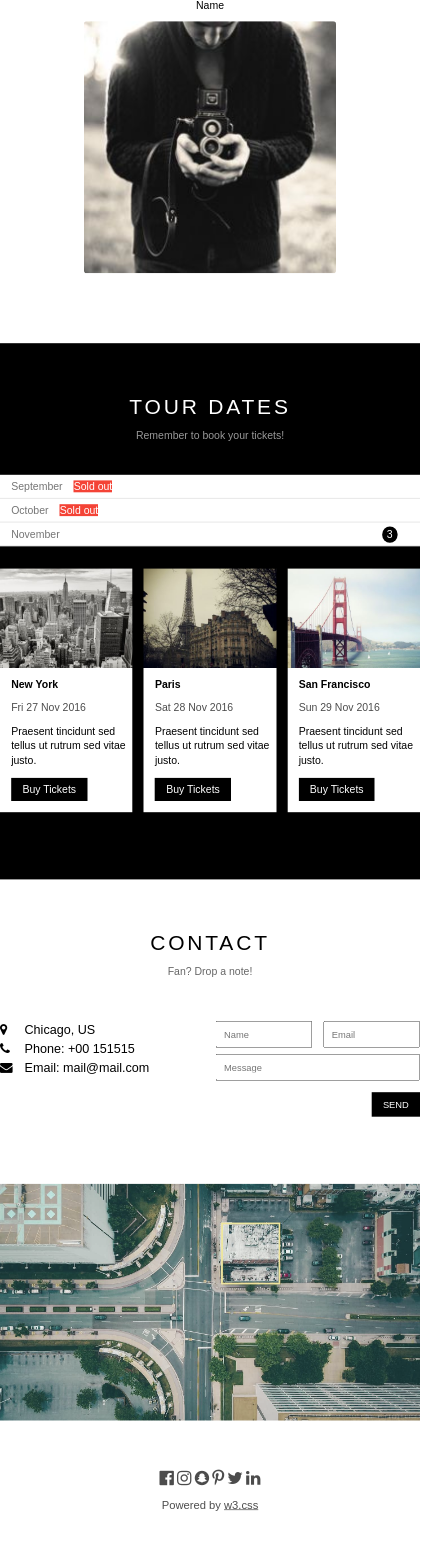
Repository: nguyenhoang2002062929/band
Page: index.html
An editor plug-in stored every save of this project. The page is shown before and after the next save, followed by the edit.
The browser window is 600 px wide. The page is 608 px wide, so the pictures cover 608 px, including what lies to the right of the window. The pictures show the part of the page from y = 1575 to 3815 px (the page is 3815 px tall before and 3807 px after), at 70% of full size.

Above is the page before, as saved 2023-06-09 22:41:40.

After the next save:
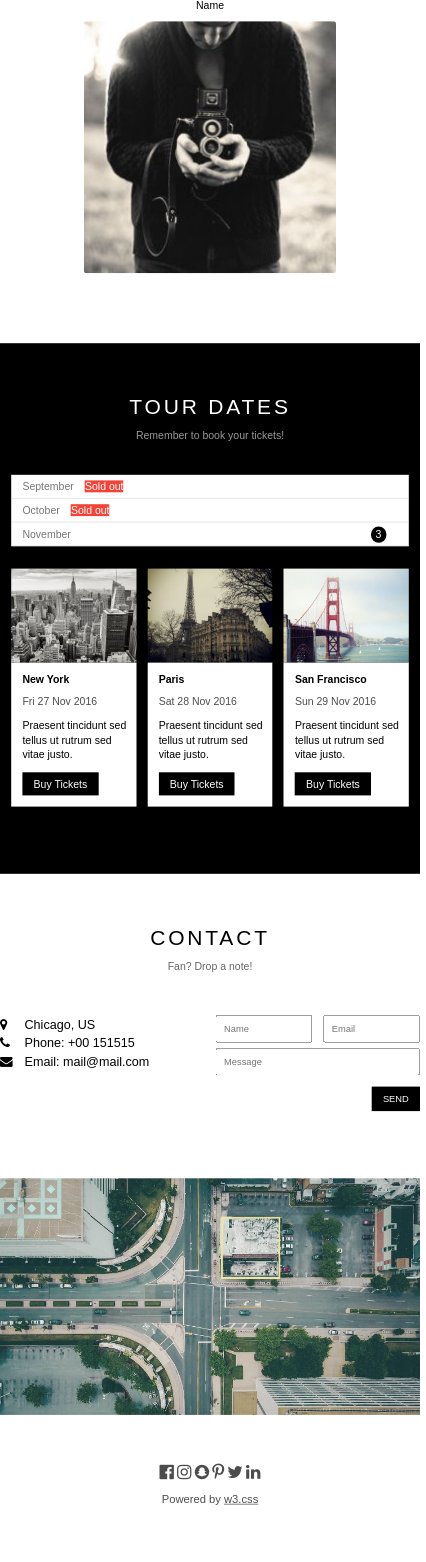
Saved 2 min 7 s later.
--- a/assets/css/style.css
+++ b/assets/css/style.css
@@ -444,6 +444,8 @@ cursor: pointer;
     }
     .tour-section{
         width: 100%;
+        padding-left: 16px;
+        padding-right: 16px;
     }
     .content-member{
         flex-direction: column;
